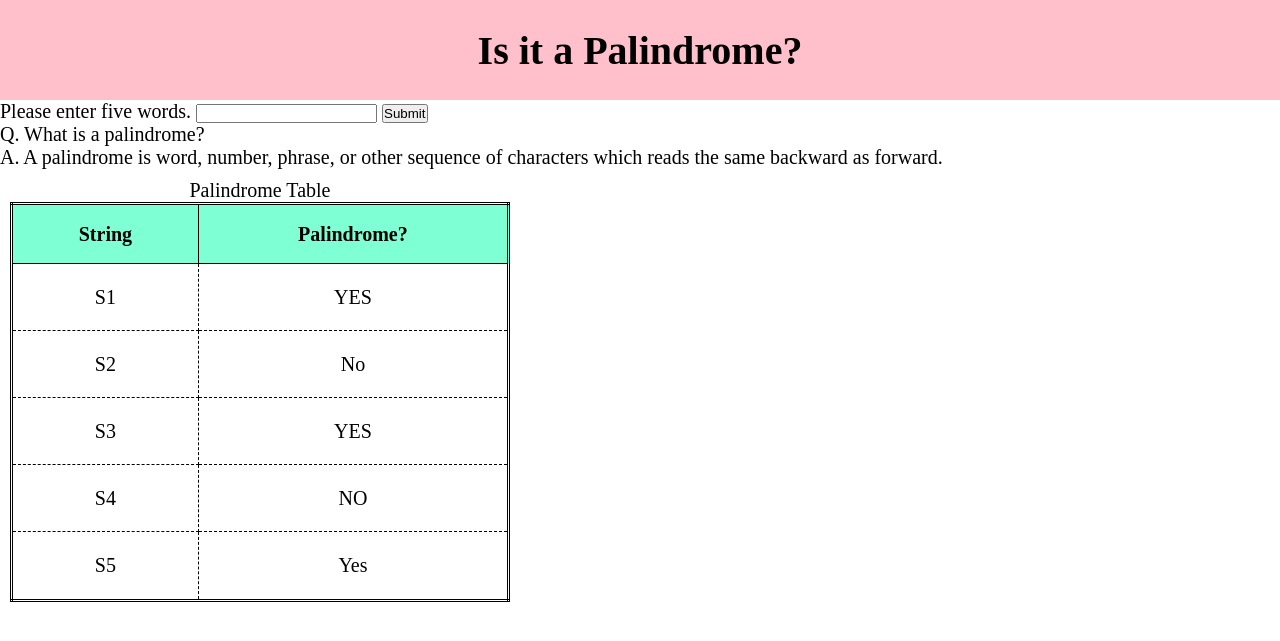
Repository: mlmEFSC21/P18-Palindrome-Table
Page: palindrome.html
These files come from the project's save history. The page is drawn as it stood at one moment and after the next save; the edit follows.
The browser window is 1280 px wide. The pictures show the whole page.

Above is the page before, as saved 2022-04-03 17:56:58.

### palindrome.html
<!DOCTYPE html>
<html lang="en">
    <head>
        <meta charset="UTF-8" />
        <meta http-equiv="X-UA-Compatible" content="IE=edge" />
        <meta name="viewport" content="width=device-width, initial-scale=1.0" />
        <link rel="stylesheet" href="palindrome.css" />
        <script defer src="palindrome.js"></script>
        <title>Palindrome Table</title>
    </head>
    <body>
        <header class="mainHeader">
            <h1>Is it a Palindrome?</h1>
        </header>
        <div class="mainContent">
            <div class="formContainer" id="formContainer">
                <form class="palindromeForm" id="palindromeForm">
                    <label for="stringInput">Please enter five words.</label>
                    <input
                        type="text"
                        name="stringInput"
                        class="stringInput"
                        id="stringInput"
                        required
                    />
                    <button type="submit" class="submit-btn" id="submit-btn">Submit</button>
                </form>
            </div>
            <div class="tableContainer" id="tableContainer">
                <div class="definition">
                    <p>Q. What is a palindrome?</p>
                    <p>
                        A. A palindrome is word, number, phrase, or other sequence of characters
                        which reads the same backward as forward.
                    </p>
                </div>
                <table>
                    <caption>
                        Palindrome Table
                    </caption>
                    <thead>
                        <tr>
                            <th>String</th>
                            <th>Palindrome?</th>
                        </tr>
                    </thead>
                    <tbody>
                        <tr>
                            <td class="string">S1</td>
                            <td class="yes-no">YES</td>
                        </tr>
                        <tr>
                            <td class="string">S2</td>
                            <td class="yes-no">No</td>
                        </tr>
                        <tr>
                            <td class="string">S3</td>
                            <td class="yes-no">YES</td>
                        </tr>
                        <tr>
                            <td class="string">S4</td>
                            <td class="yes-no">NO</td>
                        </tr>
                        <tr>
                            <td class="string">S5</td>
                            <td class="yes-no">Yes</td>
                        </tr>
                    </tbody>
                </table>
            </div>
        </div>
    </body>
</html>

### palindrome.css
*,
*::after,
*::before {
    box-sizing: border-box;
    margin: 0;
    padding: 0;
}
body {
    font-size: 1.25rem;
}
header {
    display: flex;
    background-color: pink;
    align-items: center;
    justify-content: center;
    height: 100px;
}
.mainContent {
    display: flex;
    flex-wrap: wrap;
    flex-basis: 500px;
    /* flex-direction: column; */
}
.formContainer {
    align-self: center;
}
.definition {
    justify-self: flex-start;
    align-self: flex-start;
}
table {
    border-collapse: collapse;
    border: 3px double black;
    margin: 10px;
    padding: 10px;
    width: 500px;
    height: 400px;
    text-align: center;
}
th {
    background-color: aquamarine;
    height: 60px;
    border: 1px solid black;
    padding: 15px;
}
tr,
td {
    height: 30px;
    border: 1px dashed black;
    padding: 10px;
}

Loaded but not shown: palindrome.js (no stored copy; drawn as an empty file)

After the next save:
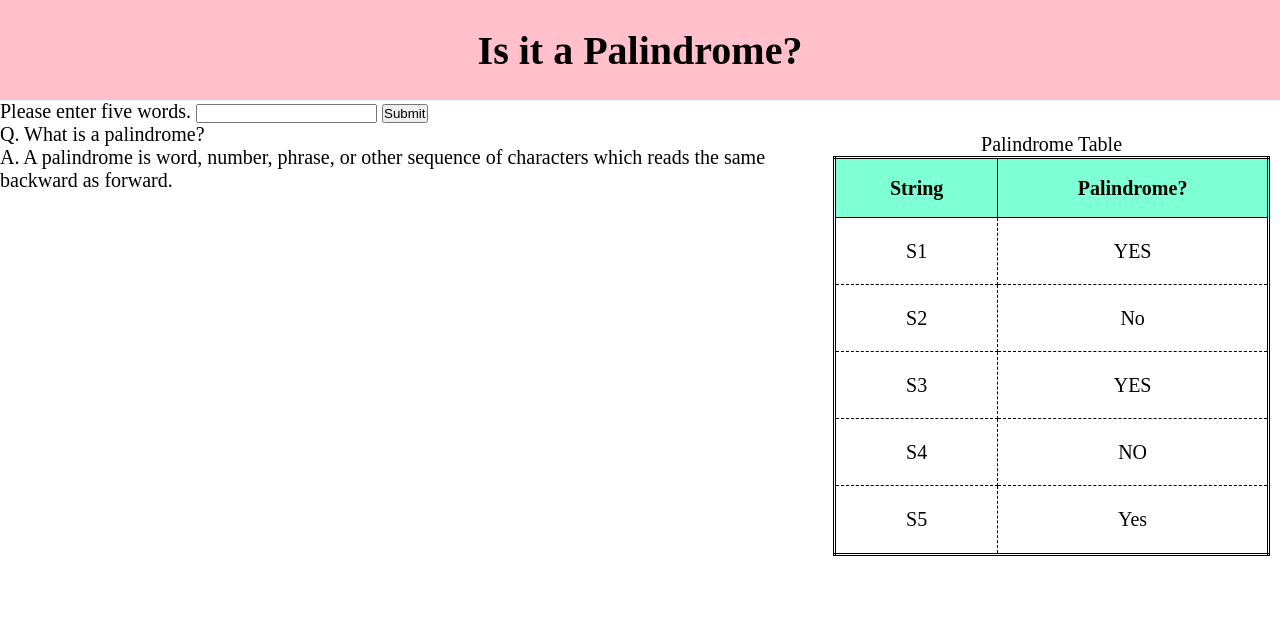
Saved 28 s later.
--- a/palindrome.css
+++ b/palindrome.css
@@ -24,6 +24,9 @@ header {
 .formContainer {
     align-self: center;
 }
+.tableContainer {
+    display: flex;
+}
 .definition {
     justify-self: flex-start;
     align-self: flex-start;
